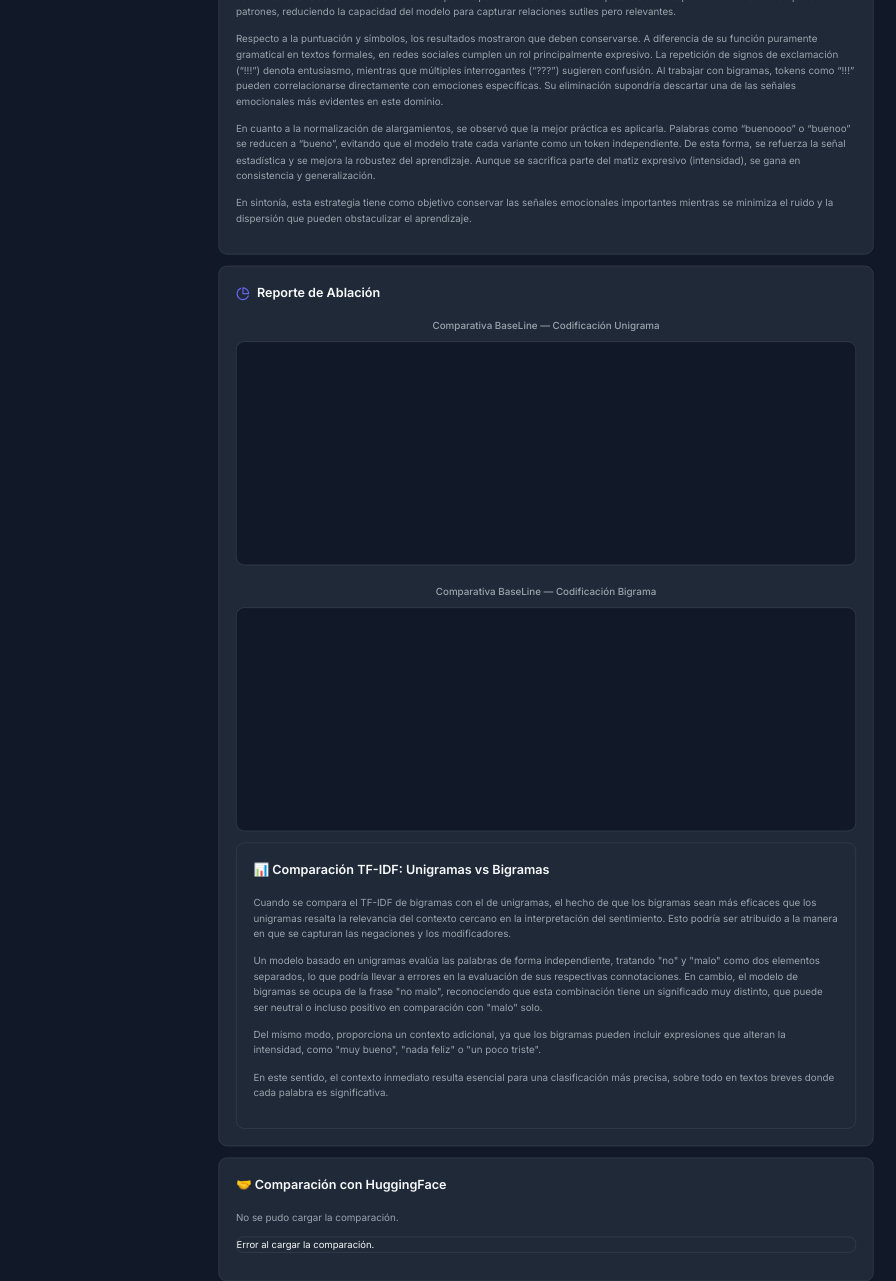
Repository: sergio285/NLP-Sentiment-analysis
Page: pagina/templates/index.html
The author's editor kept a record of every edit. The page is drawn from the files as they stood at one moment, then again after the next edit.
The browser window is 1280 px wide. The pictures show the part of the page from y = 1312 to 3232 px (the page is 3142 px tall before and 3232 px after), at 70% of full size.
A picture or video elsewhere on the page could not be fetched, so the positions and the page height are approximate. The page's requests for data from a server got no answer.

Above is the page before.

### pagina/templates/index.html
<!DOCTYPE html>
<html lang="es">
<head>
    <meta charset="UTF-8" />
    <meta name="viewport" content="width=device-width, initial-scale=1.0" />
    <title>Dashboard Pro | Análisis de Modelo</title>

    <link href="https://fonts.googleapis.com/css2?family=Inter:wght@400;500;600;700;800&display=swap" rel="stylesheet" />
    <link rel="stylesheet" href="/static/css/styles.css" />

    <script src="https://code.jquery.com/jquery-3.6.0.min.js"></script>
    <script src="https://cdn.jsdelivr.net/npm/chart.js"></script>
    <style>
        /* Estilos para el componente desplegable */
        .card-title-toggle {
            cursor: pointer;
            display: flex;
            justify-content: space-between;
            align-items: center;
            width: 100%;
        }
        .card-title-toggle .arrow-icon {
            transition: transform 0.3s ease-in-out;
        }
        .card-title-toggle.active .arrow-icon {
            transform: rotate(180deg);
        }
        /* Eliminar margen inferior del título cuando está cerrado */
        .card-title.card-title-toggle {
            margin-bottom: 0;
        }
        /* Restaurar margen inferior cuando está activo (abierto) */
        .card-title.card-title-toggle.active {
            margin-bottom: 20px;
        }
        .collapsible-content {
            display: none; /* Oculto por defecto */
        }
    </style>
</head>
<body>
    <aside class="sidebar">
        <div class="sidebar-header">
            <svg class="logo-icon" xmlns="http://www.w3.org/2000/svg" width="28" height="28" viewBox="0 0 24 24" fill="none" stroke="currentColor" stroke-width="2" stroke-linecap="round" stroke-linejoin="round"><path d="M12 20V10"/><path d="M18 20V4"/><path d="M6 20V16"/></svg>
            <h2>Dashboard del Modelo</h2>
        </div>
        <div class="sidebar-info">
            <div class="info-item">
                <span class="info-label">Tracking URI</span>
                <span id="infoTracking" class="info-value">Cargando...</span>
            </div>
            <div class="info-item">
                <span class="info-label">Run ID</span>
                <span id="infoRunId" class="info-value">Cargando...</span>
            </div>
        </div>
    </aside>

    <main class="main-content">
            <div class="grid-col">
                <!-- SECCIÓN DE INFERENCIA DESPLEGABLE -->
                <div class="card">
                    <div class="card-title card-title-toggle">
                        <div style="display: flex; align-items: center; gap: 10px;">
                            <svg xmlns="http://www.w3.org/2000/svg" width="20" height="20" viewBox="0 0 24 24" fill="none" stroke="currentColor" stroke-width="2" stroke-linecap="round" stroke-linejoin="round"><line x1="12" x2="12" y1="2" y2="22"></line><path d="M17 5H9.5a3.5 3.5 0 0 0 0 7h5a3.5 3.5 0 0 1 0 7H6"></path></svg>
                            <span>Inferencia en Tiempo Real</span>
                        </div>
                        <svg class="arrow-icon" xmlns="http://www.w3.org/2000/svg" width="24" height="24" viewBox="0 0 24 24" fill="none" stroke="currentColor" stroke-width="2" stroke-linecap="round" stroke-linejoin="round"><polyline points="6 9 12 15 18 9"></polyline></svg>
                    </div>
                    <div class="collapsible-content">
                        <p class="card-subtitle">Prueba el modelo con nuevos textos en ingles (uno por línea).</p>
                        <textarea id="txtInputs" class="predict-textarea" rows="8" placeholder="this is a great movie!&#10;i really disliked the acting..."></textarea>
                        <div class="predict-actions">
                            <button id="btnPredict" class="btn">🚀 Predecir Sentimiento</button>
                            <span id="predictStatus" class="status">Listo</span>
                        </div>
                        <div id="predictOutput" class="results-container"></div>
                    </div>
                </div>

                <div class="card">
                    <h2 class="card-title">
                        <svg xmlns="http://www.w3.org/2000/svg" width="20" height="20" viewBox="0 0 24 24" fill="none" stroke="currentColor" stroke-width="2" stroke-linecap="round" stroke-linejoin="round"><path d="M14.7 6.3a1 1 0 0 0 0 1.4l1.6 1.6a1 1 0 0 0 1.4 0l3.77-3.77a6 6 0 0 1-7.94 7.94l-6.91 6.91a2.12 2.12 0 0 1-3-3l6.91-6.91a6 6 0 0 1 7.94-7.94l-3.76 3.76z"></path></svg>
                        Métricas Clave - Modelo LightGBM
                    </h2>
                    <div id="metrics-container" class="metrics-grid"></div>
                </div>

                <div class="card">
                    <h2 class="card-title">
                        <svg xmlns="http://www.w3.org/2000/svg" width="20" height="20" viewBox="0 0 24 24" fill="none" stroke="currentColor" stroke-width="2" stroke-linecap="round" stroke-linejoin="round"><path d="M12.22 2h-4.44a2 2 0 0 0-2 2v16a2 2 0 0 0 2 2h8.88a2 2 0 0 0 2-2v-8.44Z"></path><path d="M18 2h-3v7h7V5Z"></path></svg>
                        Parámetros del Modelo
                    </h2>
                    <div class="table-container">
                        <table id="params-table">
                            <thead>
                                <tr>
                                    <th>Parámetro</th>
                                    <th>Valor</th>
                                </tr>
                            </thead>
                            <tbody></tbody>
                        </table>
                    </div>
                </div>

                <div class="card">
                    <h2 class="card-title">
                        <svg xmlns="http://www.w3.org/2000/svg" width="20" height="20" viewBox="0 0 24 24" fill="none" stroke="currentColor" stroke-width="2" stroke-linecap="round" stroke-linejoin="round"><rect x="3" y="3" width="18" height="18" rx="2" ry="2"></rect><line x1="3" y1="9" x2="21" y2="9"></line><line x1="9" y1="21" x2="9" y2="9"></line></svg>
                        Comportamiento visual del modelo
                    </h2>
                    <div class="model-visuals">
                        <div>
                            <h3 class="chart-title">Matriz de Confusión</h3>
                            <p class="card-subtitle">Rendimiento del modelo en el conjunto de prueba.</p>
                            <img src="/confusion-matrix" alt="Matriz de Confusión" width="400" height="auto"/>
                        </div>
                    </div>
                </div>
               <div class="card" id="other-models-card">
                      <div class="card-title card-title-toggle">
                        <div style="display:flex;align-items:center;gap:10px;">
                          <svg xmlns="http://www.w3.org/2000/svg" width="20" height="20"
                               viewBox="0 0 24 24" fill="none" stroke="currentColor"
                               stroke-width="2" stroke-linecap="round" stroke-linejoin="round">
                            <path d="M20 6L9 17l-5-5"></path>
                          </svg>
                          <span>Otros modelos usados</span>
                        </div>
                        <svg class="arrow-icon" xmlns="http://www.w3.org/2000/svg" width="24" height="24"
                             viewBox="0 0 24 24" fill="none" stroke="currentColor" stroke-width="2"
                             stroke-linecap="round" stroke-linejoin="round">
                          <polyline points="6 9 12 15 18 9"></polyline>
                        </svg>
                      </div>

                      <div class="collapsible-content">
                        <!-- Contenido dinámico generado por JS (métricas/params), p.ej. LogisticRegression -->
                        <div id="other-models" class="grid-col" style="gap:20px;">
                          <!-- Se llena por JS -->
                        </div>

                        <!-- ===== Figuras estáticas — LogisticRegression (modeloFinal) ===== -->
                        <div class="card" style="margin-top:20px;">
                          <h3 class="card-title">Comportamiento visual del modelo - Regresion Logistica</h3>
                          <div class="model-visuals" style="display:grid;grid-template-columns:repeat(auto-fit,minmax(320px,1fr));gap:16px;">
                            <div>
                              <h4 class="chart-title">Matriz de Confusión (conteos)</h4>
                              <p class="card-subtitle">Rendimiento del modelo en el conjunto de prueba.</p>
                              <img src="/static/images/confusion_matrix_counts.png"
                                   alt="Matriz de Confusión - LogisticRegression"
                                   width="420" height="auto"
                                   style="max-width:100%;border-radius:10px;border:1px solid #374151;"/>
                            </div>
                            <div>
                              <h4 class="chart-title">Curva Precisión–Recall</h4>
                              <p class="card-subtitle">Relación entre cobertura y precisión del clasificador.</p>
                              <img src="/static/images/precision_recall_curve.png"
                                   alt="Curva Precisión–Recall - LogisticRegression"
                                   width="420" height="auto"
                                   style="max-width:100%;border-radius:10px;border:1px solid #374151;"/>
                            </div>
                          </div>
                        </div>
                        <!-- ===== /Figuras estáticas — LogisticRegression ===== -->

                        <!-- ===== Figuras estáticas — Keras-MLP TFIDF+SVD ===== -->
                        <div class="card" style="margin-top:20px;">
                          <h3 class="card-title">Comportamiento visual del modelo - Red Neuronal</h3>
                          <p class="card-subtitle">
                            Keras MLP sobre TF-IDF bigrama + TruncatedSVD. Evaluación en TEST (matrices de confusión).
                          </p>
                          <div class="model-visuals" style="display:grid;grid-template-columns:repeat(auto-fit,minmax(320px,1fr));gap:16px;">
                            <div>
                              <h4 class="chart-title">Matriz de Confusión (conteos)</h4>
                              <img src="/static/images/confusion_matrix_counts_test.png"
                                   alt="Matriz de Confusión (conteos) — Keras-MLP TFIDF+SVD"
                                   width="420" height="auto"
                                   style="max-width:100%;border-radius:10px;border:1px solid #374151;"/>
                            </div>
                            <div>
                              <h4 class="chart-title">Matriz de Confusión (normalizada)</h4>
                              <img src="/static/images/confusion_matrix_normalized_test.png"
                                   alt="Matriz de Confusión (normalizada) — Keras-MLP TFIDF+SVD"
                                   width="420" height="auto"
                                   style="max-width:100%;border-radius:10px;border:1px solid #374151;"/>
                            </div>
                          </div>
                        </div>
                        <!-- ===== /Figuras estáticas — Keras-MLP TFIDF+SVD ===== -->
                      </div>
                    </div>
                <div class="card full-width-card">
                    <h2 class="card-title">📝 Estrategia de Preprocesamiento</h2>
                    <p class="card-subtitle">
                        En cuanto a la lematización, los experimentos mostraron un mejor rendimiento al no aplicarla. Aunque este proceso reduce las palabras a su raíz léxica (por ejemplo, “corriendo” → “correr”), lo cual suele ser útil en textos formales, en el contexto de Twitter resultó contraproducente. La razón principal es la pérdida de intensidad emocional: formas conjugadas o grados de adjetivos aportan una carga semántica adicional (“odiando” expresa más intensidad que “odiar”). Al lematizar, dicha diferencia se elimina, homogeneizando términos que en realidad transmiten matices distintos dentro de un tweet.
                    </p>
                    <p class="card-subtitle">
                        En relación con las stopwords, se comprobó que es preferible no eliminarlas. Aunque en la práctica convencional suelen considerarse ruido por su bajo valor semántico, en textos breves y bajo un enfoque de bigramas, estas palabras aportan un contexto estructural valioso. Secuencias como “harto de” o “feliz por” dependen directamente de la presencia de stopwords. Eliminarlas rompería estos patrones, reduciendo la capacidad del modelo para capturar relaciones sutiles pero relevantes.
                    </p>
                    <p class="card-subtitle">
                        Respecto a la puntuación y símbolos, los resultados mostraron que deben conservarse. A diferencia de su función puramente gramatical en textos formales, en redes sociales cumplen un rol principalmente expresivo. La repetición de signos de exclamación (“!!!”) denota entusiasmo, mientras que múltiples interrogantes (“???”) sugieren confusión. Al trabajar con bigramas, tokens como “!!!” pueden correlacionarse directamente con emociones específicas. Su eliminación supondría descartar una de las señales emocionales más evidentes en este dominio.
                    </p>
                    <p class="card-subtitle">
                        En cuanto a la normalización de alargamientos, se observó que la mejor práctica es aplicarla. Palabras como “buenoooo” o “buenoo” se reducen a “bueno”, evitando que el modelo trate cada variante como un token independiente. De esta forma, se refuerza la señal estadística y se mejora la robustez del aprendizaje. Aunque se sacrifica parte del matiz expresivo (intensidad), se gana en consistencia y generalización.
                    </p>
                    <p class="card-subtitle">
                        En sintonía, esta estrategia tiene como objetivo conservar las señales emocionales importantes mientras se minimiza el ruido y la dispersión que pueden obstaculizar el aprendizaje.
                    </p>
                </div>
            </div>

        <div class="card full-width-card">
            <h2 class="card-title">
                <svg xmlns="http://www.w3.org/2000/svg" width="20" height="20" viewBox="0 0 24 24" fill="none" stroke="currentColor" stroke-width="2" stroke-linecap="round" stroke-linejoin="round"><path d="M21.21 15.89A10 10 0 1 1 8 2.83"></path><path d="M22 12A10 10 0 0 0 12 2v10z"></path></svg>
                Reporte de Ablación
            </h2>
            <div>
                  <h3 class="chart-title">Comparativa BaseLine — Codificación Unigrama</h3>
                  <div class="chart-container">
                    <canvas id="ablationChartUnigram"></canvas>
                  </div>
                </div>

                <div>
                    <br>
                  <h3 class="chart-title">Comparativa BaseLine — Codificación Bigrama</h3>
                  <div class="chart-container">
                    <canvas id="ablationChartBigram"></canvas>
                  </div>
            </div>
            <div class="card full-width-card">
                <h2 class="card-title">📊 Comparación TF-IDF: Unigramas vs Bigramas</h2>
                <p class="card-subtitle">
                    Cuando se compara el TF-IDF de bigramas con el de unigramas, el hecho de que los bigramas sean más eficaces que los unigramas resalta la relevancia del contexto cercano en la interpretación del sentimiento.
                    Esto podría ser atribuido a la manera en que se capturan las negaciones y los modificadores.
                </p>
                <p class="card-subtitle">
                    Un modelo basado en unigramas evalúa las palabras de forma independiente, tratando "no" y "malo" como dos elementos separados, lo que podría llevar a errores en la evaluación de sus respectivas connotaciones.
                    En cambio, el modelo de bigramas se ocupa de la frase "no malo", reconociendo que esta combinación tiene un significado muy distinto, que puede ser neutral o incluso positivo en comparación con "malo" solo.
                </p>
                <p class="card-subtitle">
                    Del mismo modo, proporciona un contexto adicional, ya que los bigramas pueden incluir expresiones que alteran la intensidad, como "muy bueno", "nada feliz" o "un poco triste".
                </p>
                <p class="card-subtitle">
                    En este sentido, el contexto inmediato resulta esencial para una clasificación más precisa, sobre todo en textos breves donde cada palabra es significativa.
                </p>
            </div>

        </div>

        <div class="card full-width-card">
            <h2 class="card-title">🤝 Comparación con HuggingFace</h2>
            <p id="comparisonSummary" class="card-subtitle">—</p>
            <div class="results-container table-container">
                <table id="comparisonTable">
                    <thead>
                        <tr>
                            <th>Métrica</th>
                            <th>Random Forest</th>
                            <th>HuggingFace</th>
                            <th>Diferencia</th>
                        </tr>
                    </thead>
                    <tbody></tbody>
                </table>
            </div>
            <p id="comparisonTextBottom" class="card-subtitle">—</p>
        </div>
    </main>

    <script src="/static/js/app.js"></script>
</body>
</html>

Loaded but not shown: pagina/static/js/app.js (628 lines, source omitted); pagina/static/css/styles.css (383 lines, source omitted)

After the next edit:
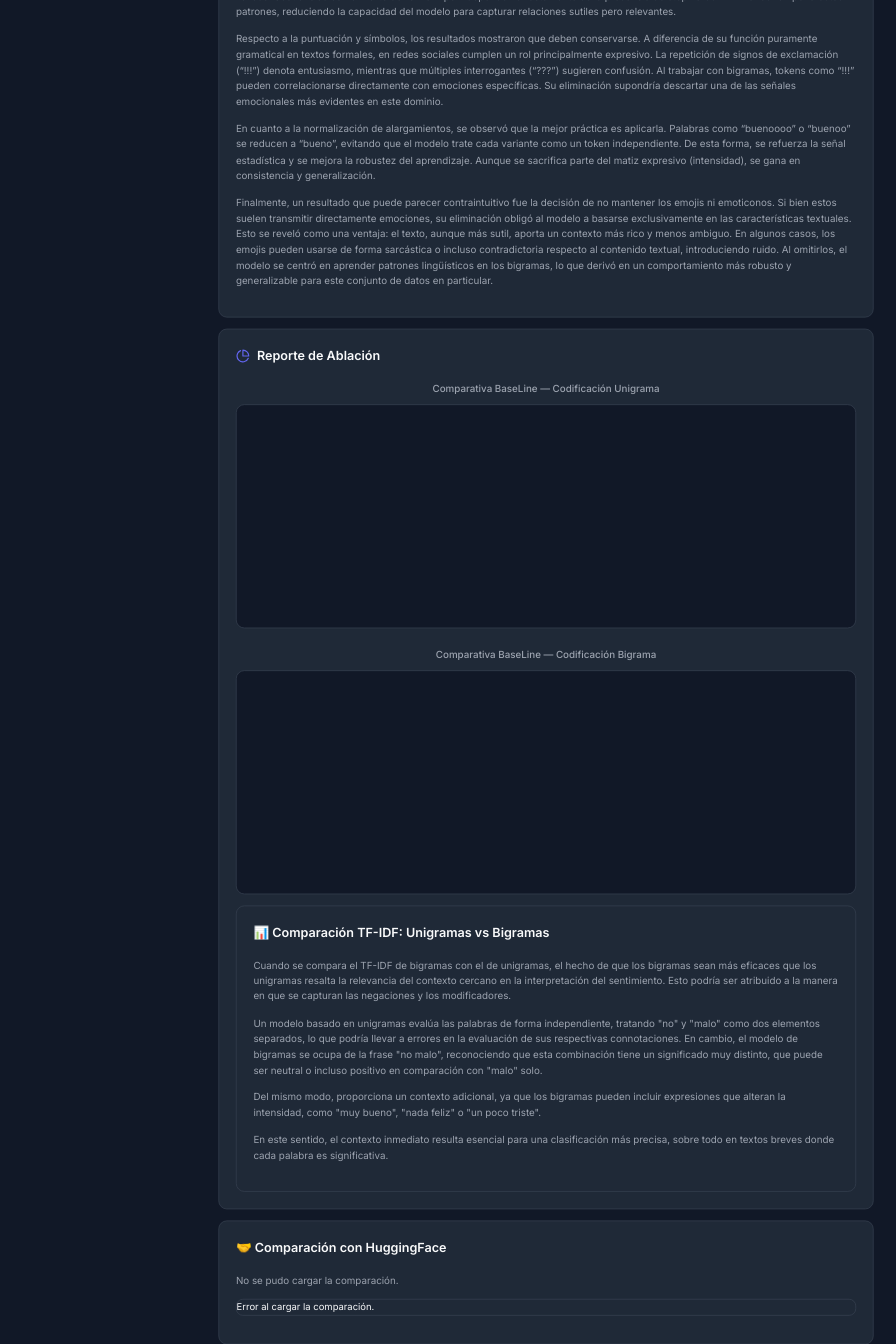
The edit:
--- a/pagina/templates/index.html
+++ b/pagina/templates/index.html
@@ -205,7 +205,7 @@
                         En cuanto a la normalización de alargamientos, se observó que la mejor práctica es aplicarla. Palabras como “buenoooo” o “buenoo” se reducen a “bueno”, evitando que el modelo trate cada variante como un token independiente. De esta forma, se refuerza la señal estadística y se mejora la robustez del aprendizaje. Aunque se sacrifica parte del matiz expresivo (intensidad), se gana en consistencia y generalización.
                     </p>
                     <p class="card-subtitle">
-                        En sintonía, esta estrategia tiene como objetivo conservar las señales emocionales importantes mientras se minimiza el ruido y la dispersión que pueden obstaculizar el aprendizaje.
+                        Finalmente, un resultado que puede parecer contraintuitivo fue la decisión de no mantener los emojis ni emoticonos. Si bien estos suelen transmitir directamente emociones, su eliminación obligó al modelo a basarse exclusivamente en las características textuales. Esto se reveló como una ventaja: el texto, aunque más sutil, aporta un contexto más rico y menos ambiguo. En algunos casos, los emojis pueden usarse de forma sarcástica o incluso contradictoria respecto al contenido textual, introduciendo ruido. Al omitirlos, el modelo se centró en aprender patrones lingüísticos en los bigramas, lo que derivó en un comportamiento más robusto y generalizable para este conjunto de datos en particular.
                     </p>
                 </div>
             </div>
